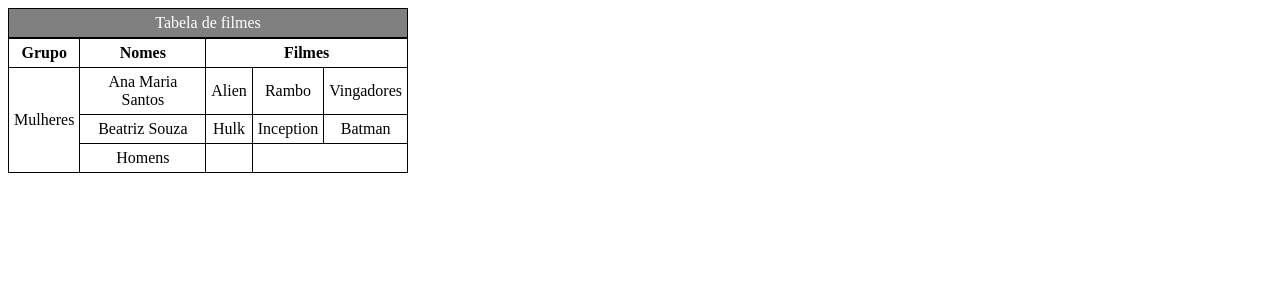
Repository: Lucianorodriguesdev/cursoHTML-CSS
Page: ex023/tabelas/index.html
An editor plug-in stored every save of this project. The page is shown before and after the next save, followed by the edit.
The browser window is 1280 px wide. The pictures show the whole page.

Above is the page before, as saved 2026-06-23 21:58:28.

### ex023/tabelas/index.html
<!DOCTYPE html>
<html lang="pt-br">
<head>
    <meta charset="UTF-8">
    <meta name="viewport" content="width=device-width, initial-scale=1.0">
    <title>Trabalhando com tabelas</title>
    <style>
        table{
            border: 1px solid black;
            width: 400px;
            border-collapse: collapse;
        }
        td,th{
            border: 1px solid black;
            padding: 5px;
            text-align: center;
        }


        caption{
             border: 1px solid black;
            padding: 5px;
            text-align: center;
            background-color: gray;
            color: white;
        }
    </style>
</head>
<body>
    <table>
        <caption>Tabela de filmes</caption>
        <thead>
            <tr>
                <th>Grupo</th>
                <th>Nomes</th>
                <th colspan="3">Filmes</th>
            </tr>
        </thead>
        <tbody>
            <tr>
                <td rowspan="3">Mulheres</td>
                <td>Ana Maria Santos</td>
                <td>Alien</td>
                <td>Rambo</td>
                <td>Vingadores</td>
            </tr>
            <tr>
                <td>Beatriz Souza </td>
                <td>Hulk</td>
                <td>Inception</td>
                <td>Batman</td>
            </tr>
            <tr>
                <td>Homens</td>
                <td></td>

            </tr>
        </tbody>
    </table>

</body>
</html>

After the next save:
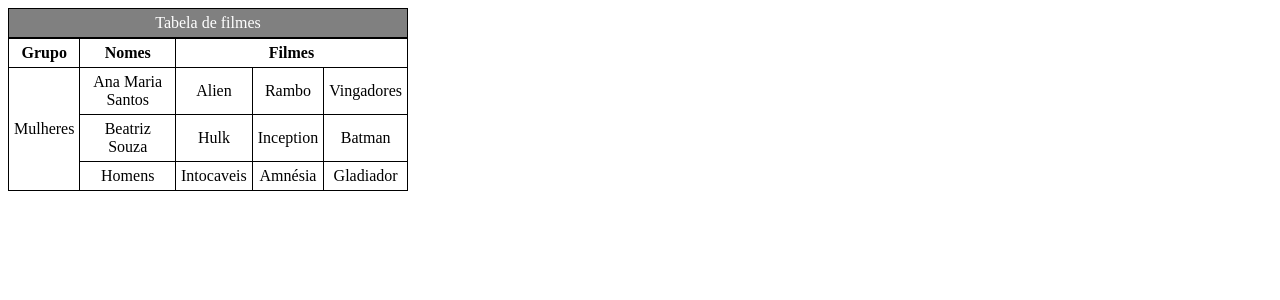
Saved 34 s later.
--- a/ex023/tabelas/index.html
+++ b/ex023/tabelas/index.html
@@ -52,7 +52,9 @@
             </tr>
             <tr>
                 <td>Homens</td>
-                <td></td>
+                <td>Intocaveis</td>
+                <td>Amnésia</td>
+                <td>Gladiador</td>
 
             </tr>
         </tbody>
